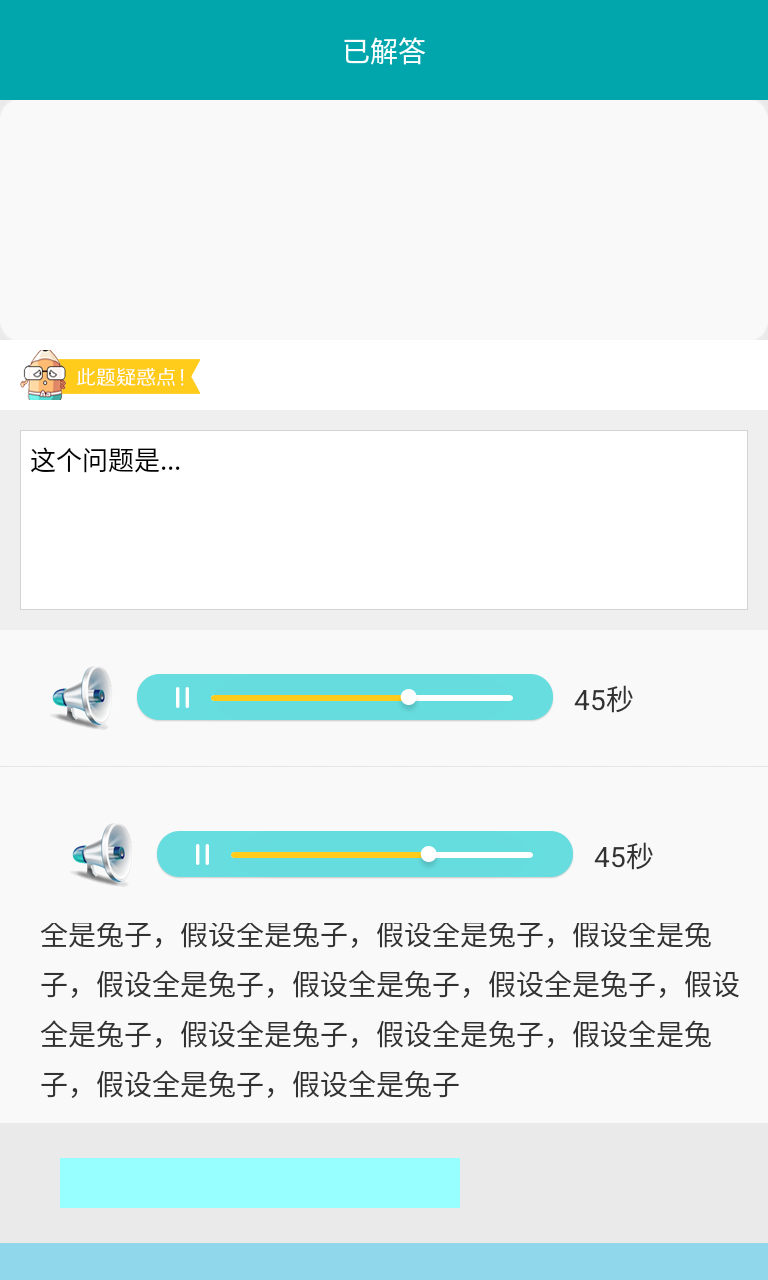
Repository: 2015-Forever/JWD
Layout: Jwd/res/layout/activity_answer.xml
The author's editor kept a copy of each file at every save. The layout is drawn from the files as they stood at one save, then again after the next save.
It is drawn on a 768 x 1280 px phone screen (xhdpi) without system bars, with theme AppTheme; the app's code is not run. Lists and similar views that code fills are empty.

Above is the layout before, as saved 2015-07-16 06:40:50.

### Jwd/res/layout/activity_answer.xml
<?xml version="1.0" encoding="utf-8"?>
<ScrollView xmlns:android="http://schemas.android.com/apk/res/android"
    android:layout_width="match_parent"
    android:layout_height="match_parent"
    android:scrollbars="none" >

    <LinearLayout
        android:layout_width="match_parent"
        android:layout_height="wrap_content"
        android:background="#EAEAEA"
        android:orientation="vertical" >

        <LinearLayout
            android:layout_width="match_parent"
            android:layout_height="50dp"
            android:background="#00a6ac"
            android:gravity="center" >

            <TextView
                android:layout_width="wrap_content"
                android:layout_height="wrap_content"
                android:text="已解答"
                android:textColor="#ffffff" />
        </LinearLayout>

        <ImageView
            android:layout_width="match_parent"
            android:layout_height="120dp"
            android:background="@drawable/topic_picture" />

        <LinearLayout
            android:layout_width="match_parent"
            android:layout_height="35dp"
            android:background="#FFFFFF"
            android:gravity="center_vertical" >

            <ImageView
                android:layout_width="90dp"
                android:layout_height="25dp"
                android:layout_marginLeft="10dp"
                android:background="@drawable/navigation_icon_two" />
        </LinearLayout>

        <LinearLayout
            android:layout_width="match_parent"
            android:layout_height="110dp"
            android:background="#EFEFEF"
            android:gravity="center_vertical"
            android:padding="10dp" >

            <EditText
                android:layout_width="fill_parent"
                android:layout_height="match_parent"
                android:background="@drawable/edittext_bg"
                android:enabled="true"
                android:gravity="top"
                android:inputType="textMultiLine"
                android:lineSpacingExtra="5dp"
                android:paddingLeft="5dp"
                android:paddingTop="5dp"
                android:scrollbars="vertical"
                android:text="这个问题是..."
                android:textSize="13sp" >
            </EditText>
        </LinearLayout>

        <LinearLayout
            android:layout_width="match_parent"
            android:layout_height="68dp"
            android:background="#F9F9F9"
            android:gravity="center_vertical"
            android:orientation="horizontal" >

            <ImageView
                android:layout_width="wrap_content"
                android:layout_height="wrap_content"
                android:layout_marginLeft="25dp"
                android:layout_marginRight="10dp"
                android:background="@drawable/sound_icon" />

            <ImageView
                android:layout_width="wrap_content"
                android:layout_height="wrap_content"
                android:background="@drawable/sound_icon_one" />

            <TextView
                android:layout_width="wrap_content"
                android:layout_height="wrap_content"
                android:layout_marginLeft="10dp"
                android:text="45秒" />
        </LinearLayout>

        <View
            android:layout_width="match_parent"
            android:layout_height="wrap_content"
            android:background="@drawable/lin_one" />

        <RelativeLayout
            android:layout_width="match_parent"
            android:layout_height="wrap_content"
            android:background="#F9F9F9"
            android:padding="10dp" >

            <TextView
                android:id="@+id/teachername_tv"
                android:layout_width="wrap_content"
                android:layout_height="wrap_content"
                android:text="【解析】张起灵" />

            <Button
                android:layout_width="60dp"
                android:layout_height="25dp"
                android:layout_alignParentRight="true"
                android:layout_marginRight="10dp"
                android:background="@drawable/teacher_details_button"
                android:text="老师详情"
                android:textColor="#fff"
                android:textSize="12sp" />

            <TextView
                android:id="@+id/answer_tv"
                android:layout_width="match_parent"
                android:layout_height="wrap_content"
                android:layout_below="@id/teachername_tv"
                android:layout_marginLeft="10dp"
                android:layout_marginTop="17dp"
                android:lineSpacingExtra="5dp"
                android:singleLine="false"
                android:text="解：假设全是兔子，假设全是兔子，假设全是兔子，假设全是兔子，假设全是兔子，假设全是兔子，假设全是兔子，假设全是兔子，假设全是兔子，假设全是兔子，假设全是兔子，假设全是兔子，假设全是兔子，假设全是兔子，假设全是兔子，假设全是兔子" />

            <LinearLayout
                android:layout_width="match_parent"
                android:layout_height="68dp"
                android:background="#F9F9F9"
                android:gravity="center_vertical"
                android:orientation="horizontal" >

                <ImageView
                    android:layout_width="wrap_content"
                    android:layout_height="wrap_content"
                    android:layout_marginLeft="25dp"
                    android:layout_marginRight="10dp"
                    android:background="@drawable/sound_icon" />

                <ImageView
                    android:layout_width="wrap_content"
                    android:layout_height="wrap_content"
                    android:background="@drawable/sound_icon_one" />

                <TextView
                    android:layout_width="wrap_content"
                    android:layout_height="wrap_content"
                    android:layout_marginLeft="10dp"
                    android:text="45秒" />
            </LinearLayout>
        </RelativeLayout>

        <LinearLayout
            android:layout_width="match_parent"
            android:layout_height="60dp"
            android:gravity="center_vertical"
            android:orientation="vertical" >

            <ImageView
                android:layout_width="200dp"
                android:layout_height="25dp"
                android:layout_marginLeft="30dp"
                android:background="#97FFFF" />
        </LinearLayout>

        <ImageView
            android:layout_width="match_parent"
            android:layout_height="120dp"
            android:background="#90d7ec" />

        <ImageView
            android:layout_width="match_parent"
            android:layout_height="220dp"
            android:background="#667B99" />

        <LinearLayout
            android:layout_width="match_parent"
            android:layout_height="40dp"
            android:background="#fff"
            android:gravity="center_vertical"
            android:paddingLeft="20dp" >

            <TextView
                android:layout_width="wrap_content"
                android:layout_height="wrap_content"
                android:text="相关解答" />
        </LinearLayout>

        <View
            android:layout_width="match_parent"
            android:layout_height="0.5dp"
            android:background="#C4C4C4" />

        <ListView
            android:layout_width="match_parent"
            android:layout_height="200dp" >
        </ListView>

        <LinearLayout
            android:layout_width="match_parent"
            android:layout_height="40dp"
            android:background="#fff"
            android:gravity="center_vertical"
            android:paddingLeft="20dp" >

            <TextView
                android:layout_width="wrap_content"
                android:layout_height="wrap_content"
                android:text="评论" />
        </LinearLayout>
    </LinearLayout>

</ScrollView>

### Jwd/res/drawable/edittext_bg.xml
<?xml version="1.0" encoding="utf-8"?>
<selector xmlns:android="http://schemas.android.com/apk/res/android" >

    <item >
        <shape >
            <solid android:color="#FFFFFF"/>
            <stroke android:width="0.5dip" android:color="#D3D3D3"/>
        </shape>
    </item>

</selector>

Loaded but not shown: Jwd/res/values/styles.xml (common file); Jwd/res/values-v11/styles.xml (common file); Jwd/res/values-v14/styles.xml (common file)

After the next save:
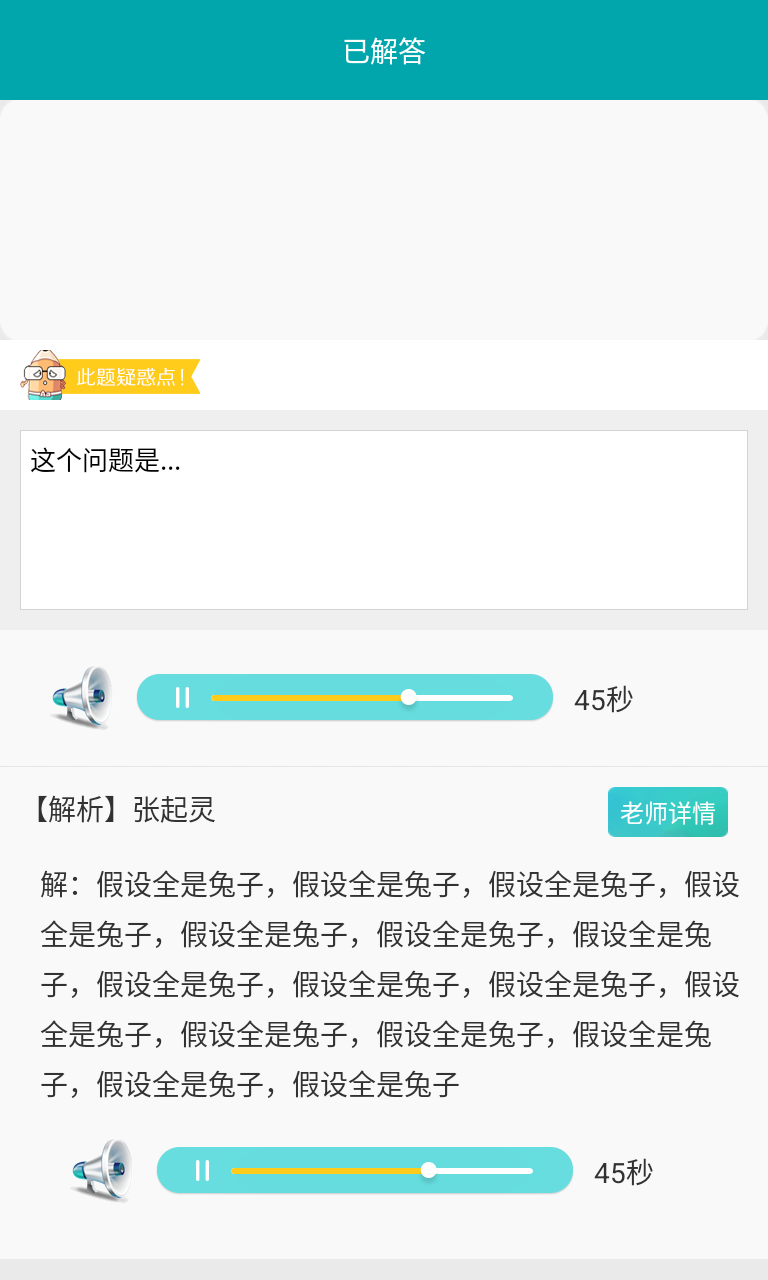
Saved 40 s later.
--- a/Jwd/res/layout/activity_answer.xml
+++ b/Jwd/res/layout/activity_answer.xml
@@ -129,6 +129,7 @@
                 android:text="解：假设全是兔子，假设全是兔子，假设全是兔子，假设全是兔子，假设全是兔子，假设全是兔子，假设全是兔子，假设全是兔子，假设全是兔子，假设全是兔子，假设全是兔子，假设全是兔子，假设全是兔子，假设全是兔子，假设全是兔子，假设全是兔子" />
 
             <LinearLayout
+                android:layout_below="@id/answer_tv"
                 android:layout_width="match_parent"
                 android:layout_height="68dp"
                 android:background="#F9F9F9"
